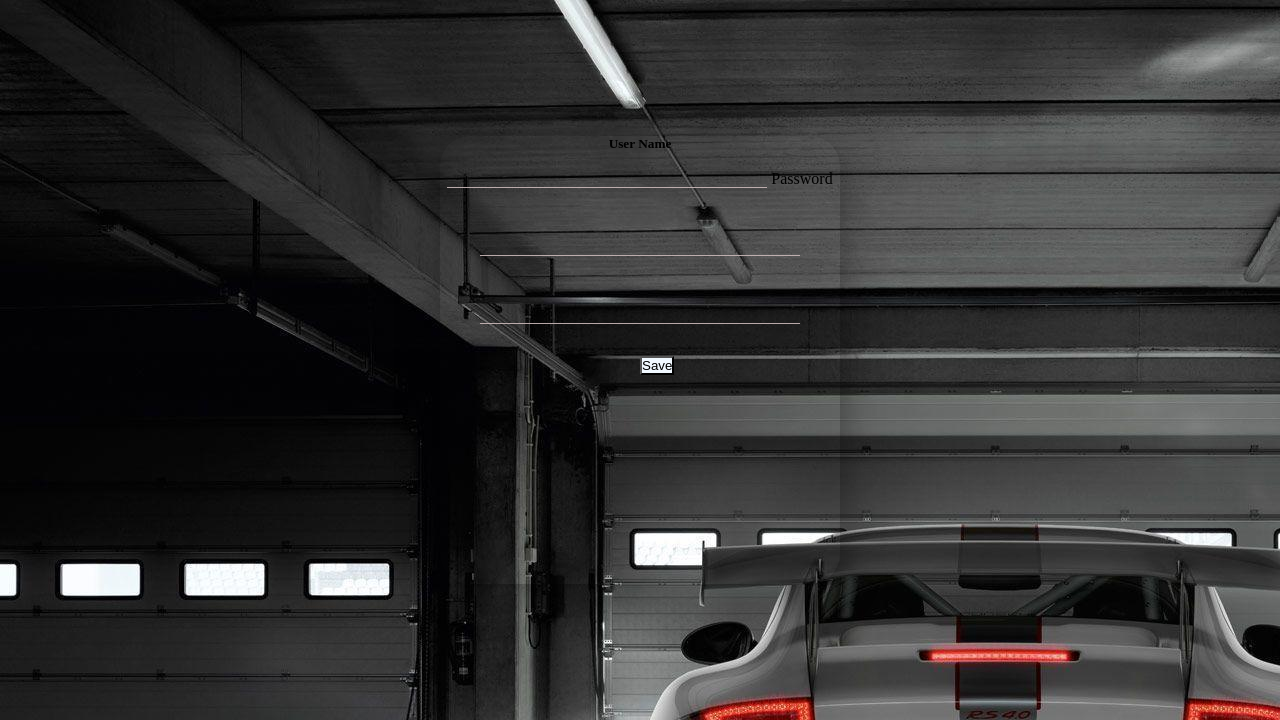
Repository: rkrukshan/Glass_Login_CSS
Page: login.html
The author's editor kept a copy of each file at every save. The page is drawn from the files as they stood at one save, then again after the next save.
The browser window is 1280 px wide. The pictures show the whole page.

Above is the page before, as saved 2023-10-03 20:04:58.

### login.html
<!DOCTYPE html>
<html lang="en">
<head>
    <style>
    *
    {
        margin: 0;
        padding: 0;
        box-sizing: border-box;
        cursor: pointer;
    }
    body
    {
        height: 100vh;
        width: 100%;
        display: flex;
        justify-content: center;
        align-items: center;
    }
    form
    {
        width: 25rem;
        height: 28rem;
        flex-direction: column;
        background: rgba(91, 209, 255, 0.06);
        box-shadow: 0 8px 41px 0 rgba(0, 0, 0, 0.37);
        border-radius: 30px;
        border-left: 1px solid rgba(red, green, blue, .3);
        border-top: 1px solid rgba(red, green, blue, .3);
        background:transparent;
        border:solid 1px rgb(black)
    }
    input
    {
      width: 80%;
      margin: 5% auto;
      margin-bottom: 8%;
      border: none;
      outline: none;
      background: transparent;
      color: white;
      border-bottom: 1px solid rgb(202, 185, 185);
      opacity: .9;
    }
    button
    {
        background-color: aliceblue;
        position: absolute;
        align-items:center;

    }
    </style>
    <meta charset="UTF-8">
    <meta name="viewport" content="width=device-width, initial-scale=1.0">
    <title>Document</title>
</head>
<body style="background-image: url(images/1.jpg);">
    <form action="">
        <center>
<center><label for=""><h5><strong>User Name</strong></h5></label></center>
        <input type="text">
<label for="">Password</label>
        <input type="text">
<label for=""></label>
        <input type="text">
        <br>
        <button>Save</button>
    </center>
    </form>
</body>
</html>

After the next save:
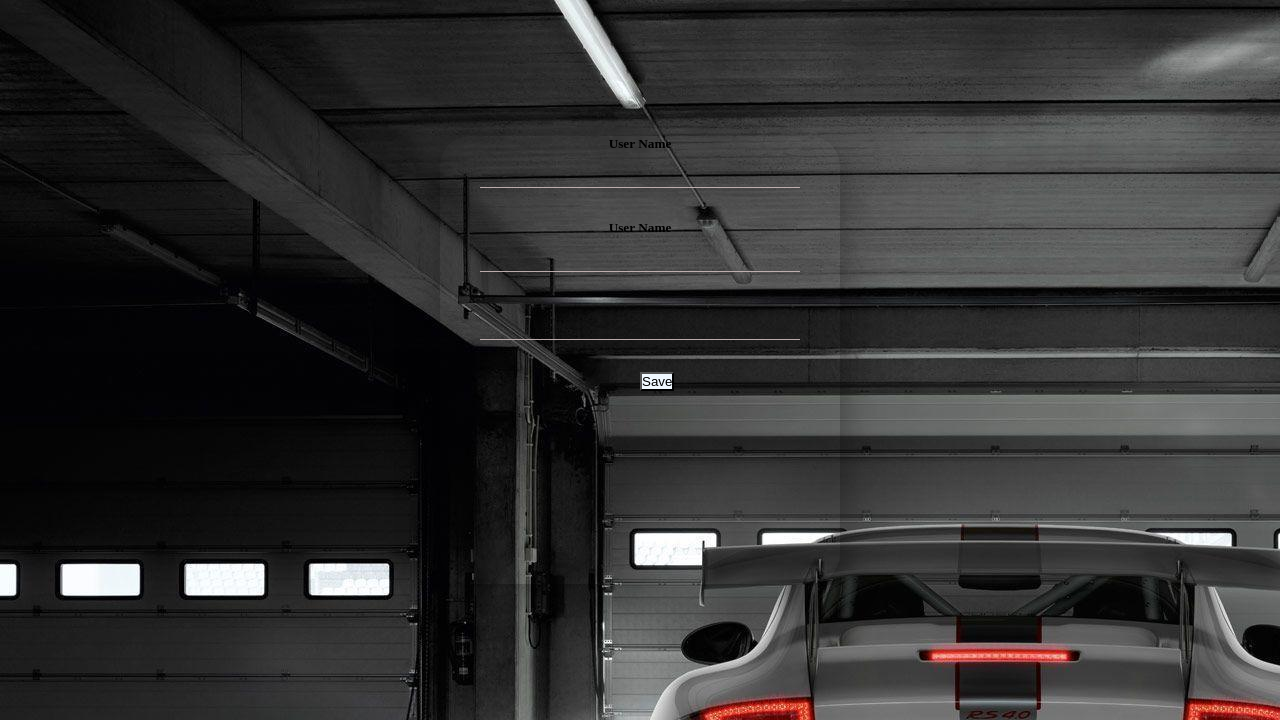
Saved 11 s later.
--- a/login.html
+++ b/login.html
@@ -59,7 +59,7 @@
         <center>
 <center><label for=""><h5><strong>User Name</strong></h5></label></center>
         <input type="text">
-<label for="">Password</label>
+        <center><label for=""><h5><strong>User Name</strong></h5></label></center>
         <input type="text">
 <label for=""></label>
         <input type="text">
